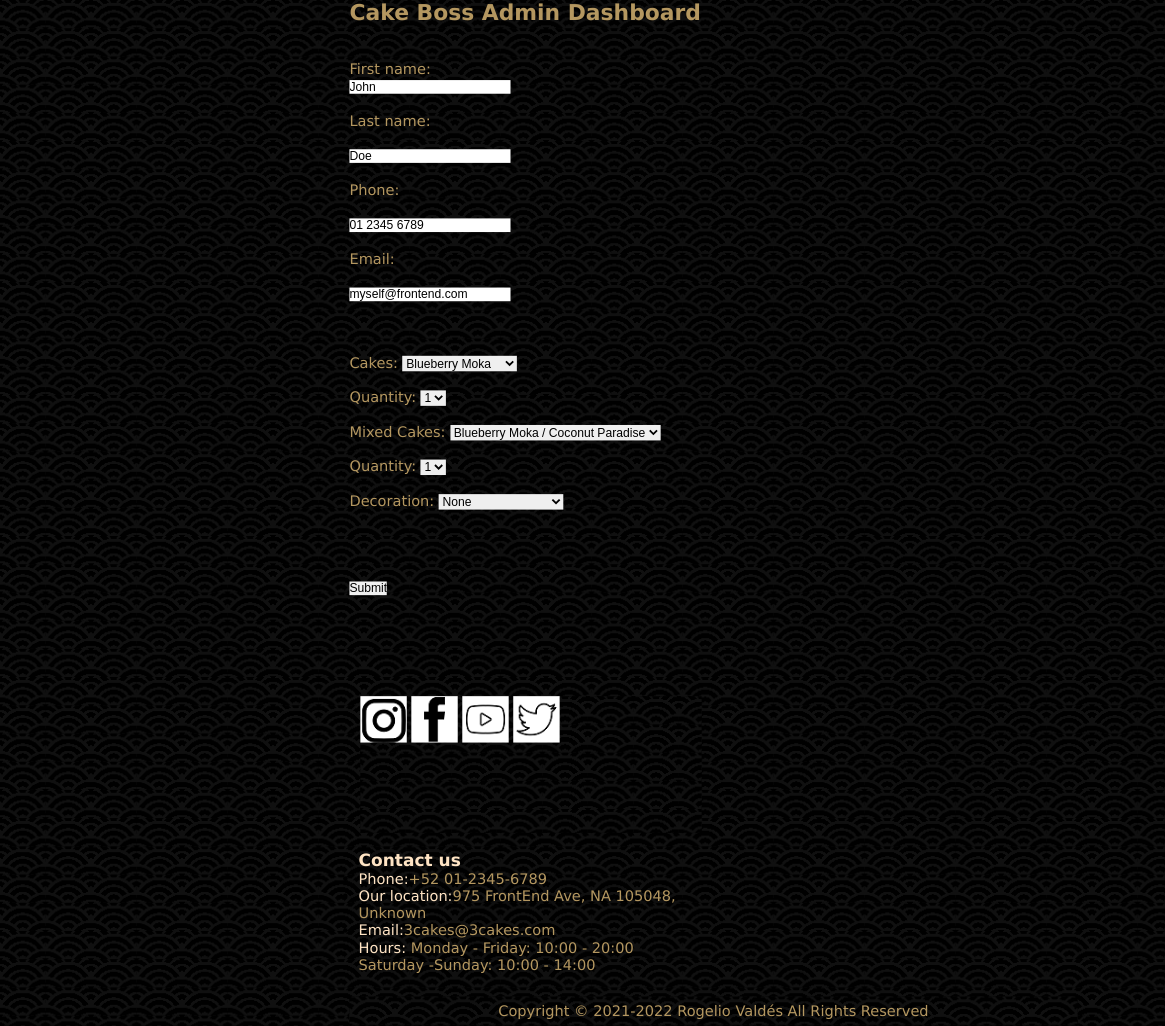
Repository: roge64/htmlfrontend
Page: admin.html
The author's editor kept a copy of each file at every save. The page is drawn from the files as they stood at one save, then again after the next save.
The browser window is 1280 px wide. The pictures show the whole page, at 91% of full size.

Above is the page before, as saved 2022-03-04 16:34:27.

After the next save:
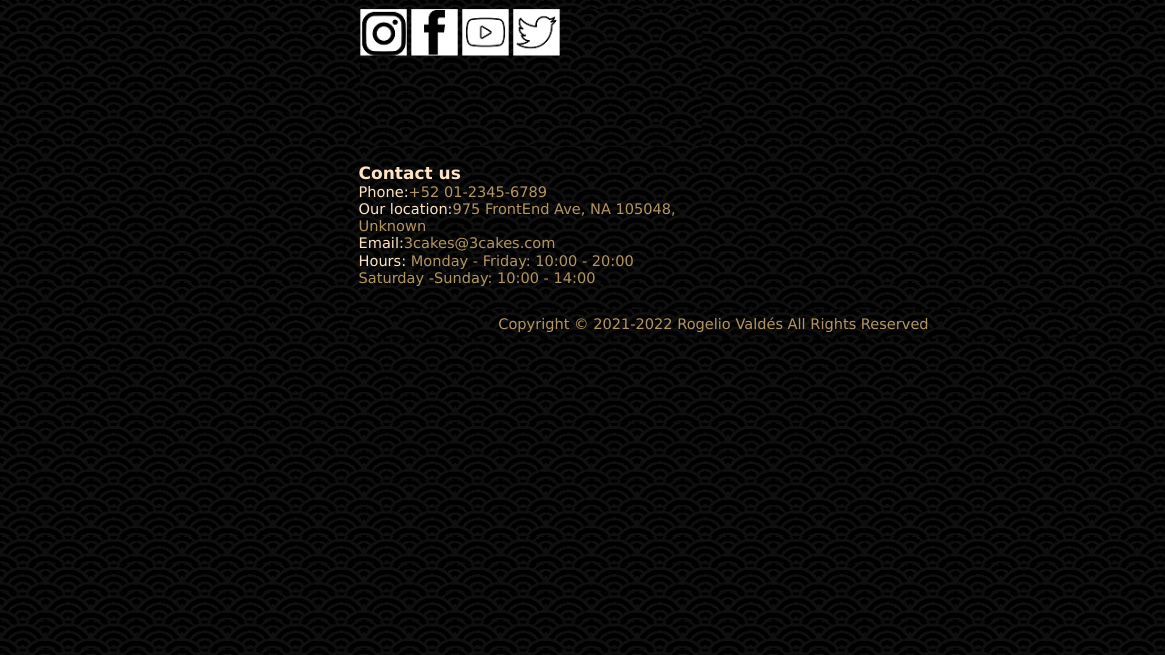
Saved 6 min 1 s later.
--- a/admin.html
+++ b/admin.html
@@ -10,99 +10,7 @@
 </head>
 <body>
 
-    <h2 style="color:#b49760"> Cake Boss Admin Dashboard</h2>
-    <br></br>
 
-    <form action="/action_page.php" style="color:#b49760">
-      <label for="fname">First name:</label>
-      <br>
-      <input type="text" id="fname" name="fname" value="John">
-      <br>
-      <br>
-      <label for="lname">Last name:</label>
-      <br>
-      <br>
-      <input type="text" id="lname" name="lname" value="Doe">
-      <br>
-      <br>
-      <label for="phone">Phone:</label>
-      <br>
-      <br>
-      <input type="text" id="phone" name="phone" value="01 2345 6789">
-      <br>
-      <br>
-      <label for="email">Email:</label>
-      <br>
-      <br>
-      <input type="text" id="email" name="email" value="myself@frontend.com">
-      <br>
-      <br>
-
-
-
-      <br></br>
-
-      <label for="cakes">Cakes:</label>
-        <select name="cakes" id="cakes">
-            <option value="BM">Blueberry Moka</option>
-            <option value="CP">Coconut Paradise</option>
-            <option value="MP">Maple Pecans</option>>
-        </select>
-        <br>
-        <br>
-        <label for="qty">Quantity:</label>
-        <select name="qty" id="qty">
-            <option value="1">1</option>
-            <option value="2">2</option>
-            <option value="3">3</option>>
-            <option value="4">4</option>
-            <option value="5">5</option>
-        </select>
-
-        <br></br>
-        <label for="cakes">Mixed Cakes:</label>
-        <select name="cakes" id="cakes">
-            <option value="cakes">Blueberry Moka / Coconut Paradise</option>
-            <option value="cakes">Coconut Paradise / Maple Pecan</option>
-            <option value="cakes">Maple Pecans / Blueberry Moka</option>>
-        </select>
-        <br>
-        <br>
-        <label for="qty">Quantity:</label>
-        <select name="qty" id="qty">
-            <option value="1">1</option>
-            <option value="2">2</option>
-            <option value="3">3</option>>
-            <option value="4">4</option>
-            <option value="5">5</option>
-        </select>
-      <br>
-      <br>
-      <label for="dec">Decoration:</label>
-        <select name="dec" id="dec">
-            <option value="1">None</option>
-            <option value="2">Happy Birthday!</option>
-            <option value="3">Baby Shower</option>>
-            <option value="4">Happy Anniversary!</option>
-            <option value="0">Get Well Soon!</option>
-        </select>
-      <br>
-      <br>
-      <br>
-      <br>
-      <br>
-
-
-
-      <input type="submit" value="Submit">
-
-    </form>
-
-
-    <section id="separador">
-
-
-    </section>
 
 <section id="social">
     <article id="social1">
